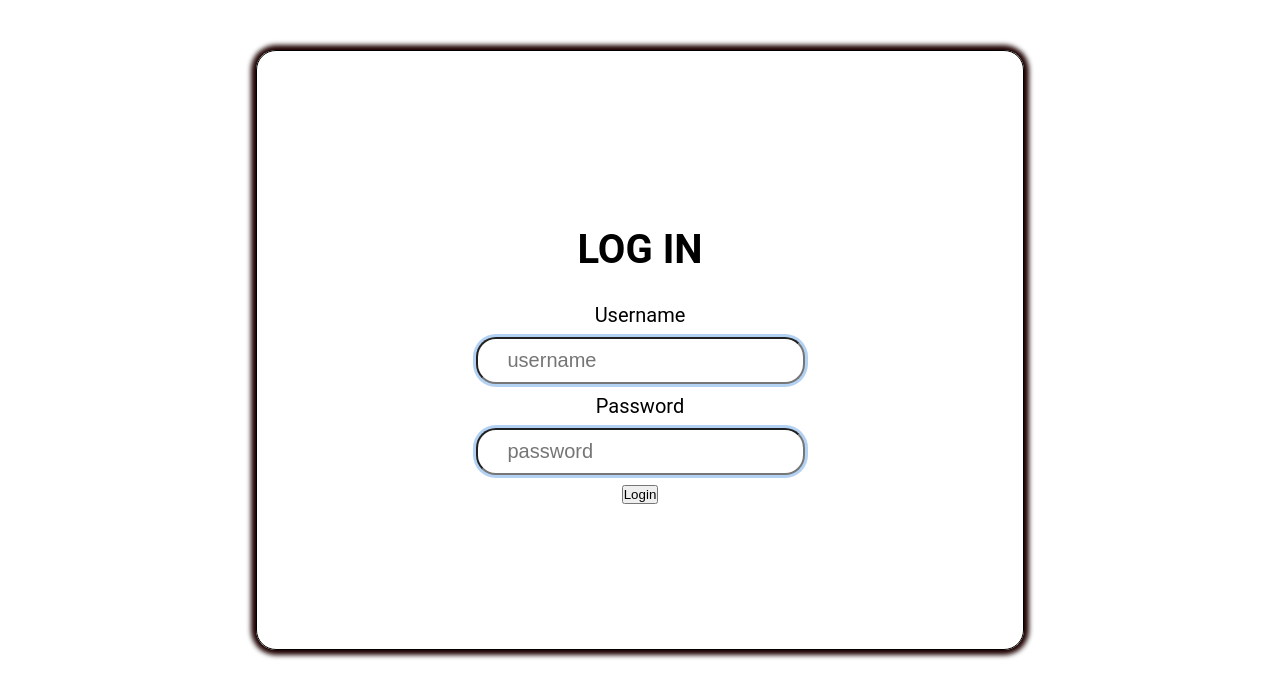
Repository: huyna1707/learning-git
Page: index.html
The author's editor kept a copy of each file at every save. The page is drawn from the files as they stood at one save, then again after the next save.
The browser window is 1280 px wide. The pictures show the whole page.

Above is the page before, as saved 2024-08-09 23:26:16.

After the next save:
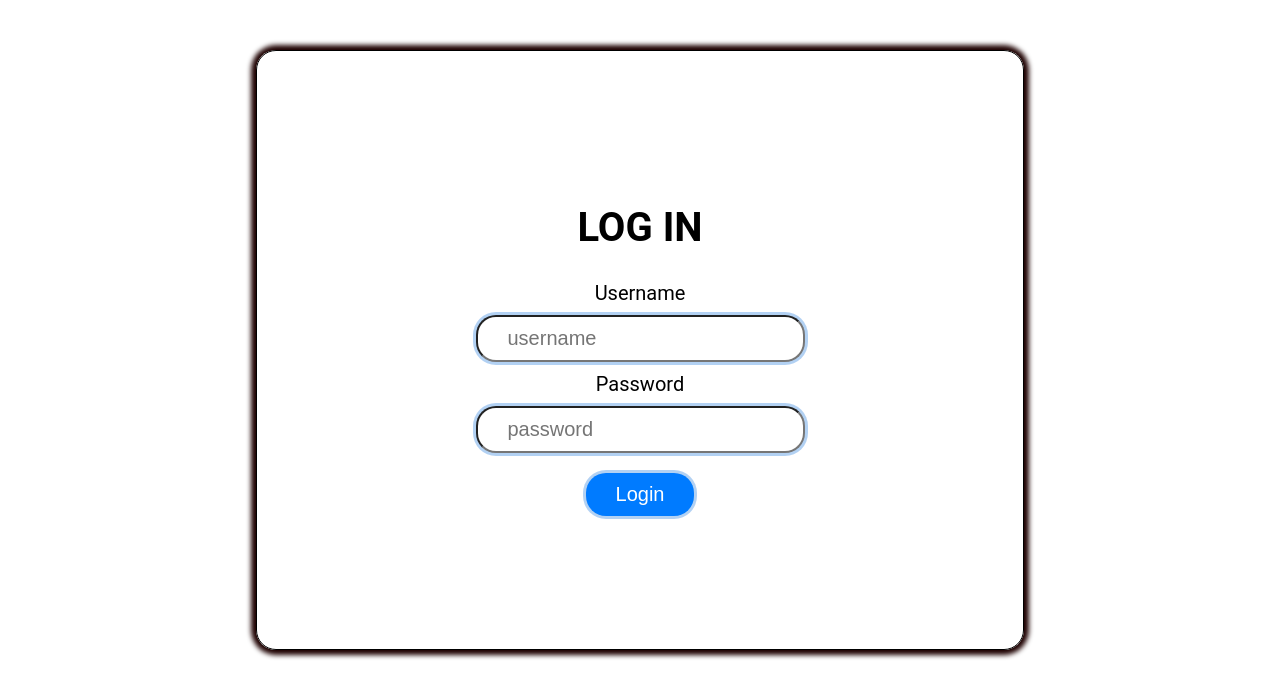
Saved 9 s later.
--- a/style.css
+++ b/style.css
@@ -41,4 +41,13 @@ form input{
     margin : 10px;
 }
 
-form
+form button{
+    border: none;
+    border-radius: 20px;
+    font-size: 20px;
+    padding: 10px 30px;
+    background-color: #007bff;
+    color: white;
+    box-shadow: rgba(3, 102, 214, 0.3) 0px 0px 0px 3px;
+    margin : 10px;
+}
